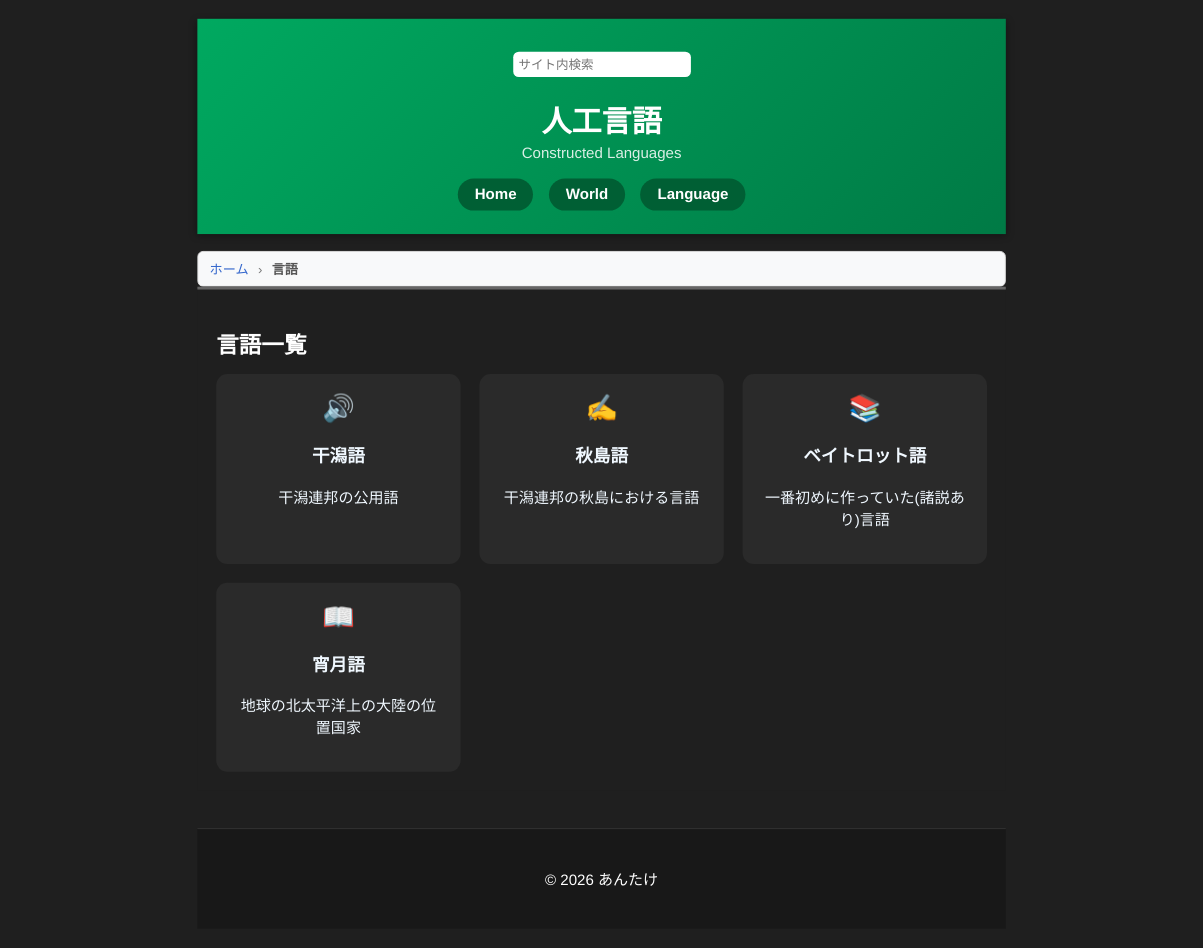
Repository: Player5270-antake/Player5270-antake.github.io
Page: language/index.html
The author's editor kept a copy of each file at every save. The page is drawn from the files as they stood at one save, then again after the next save.
The browser window is 1280 px wide. The pictures show the whole page, at 94% of full size.

Above is the page before, as saved 2026-03-09 09:21:02.

After the next save:
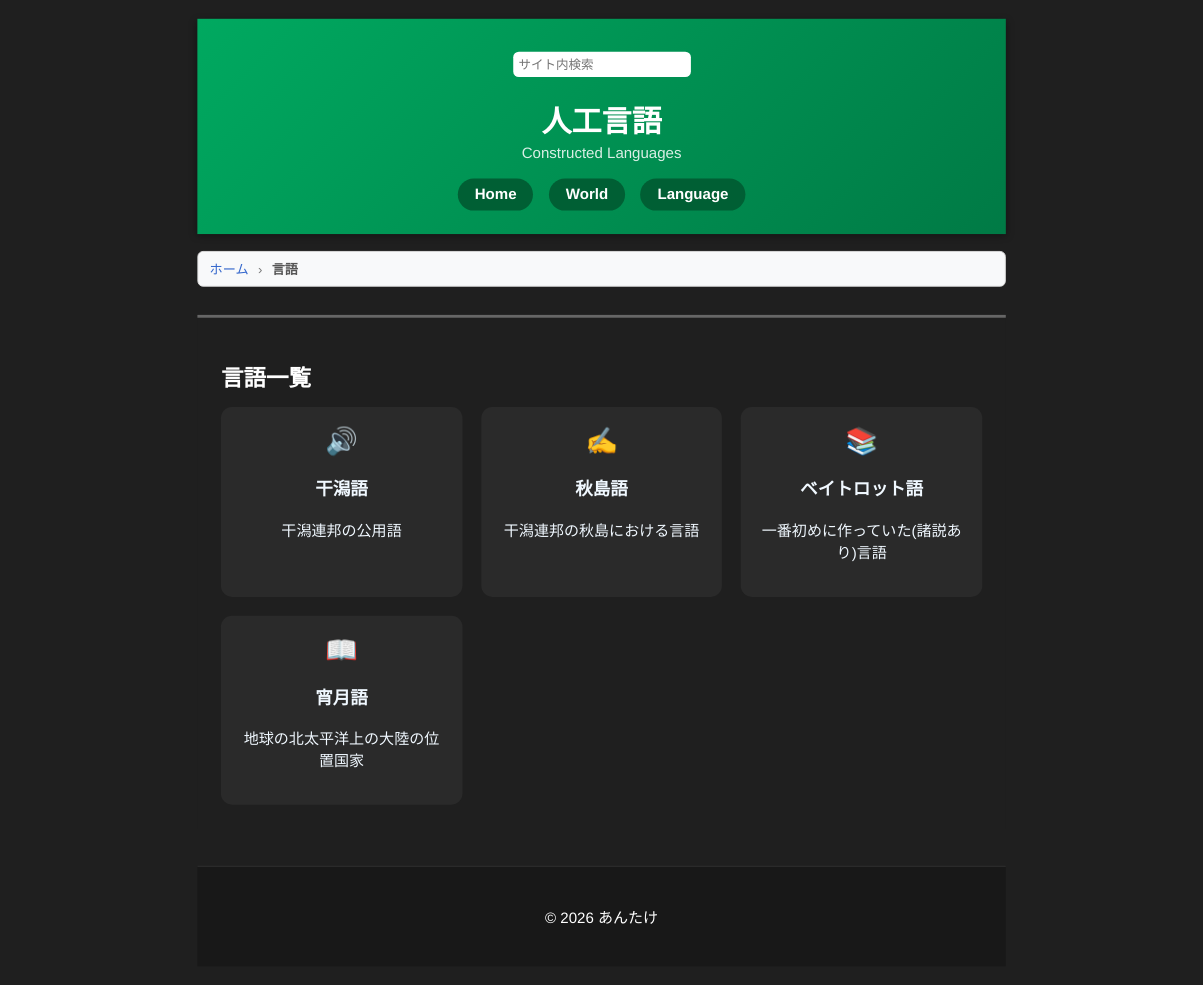
Saved 20 s later.
--- a/css/layout.css
+++ b/css/layout.css
@@ -1,8 +1,8 @@
 /* メイン */
 main{
     max-width:900px;
-    margin:auto;
-    padding:20px;
+    margin:30px auto;
+    padding:25px;
     border-top:3px solid #666;
     background-color:#1f1f1f;
 }
